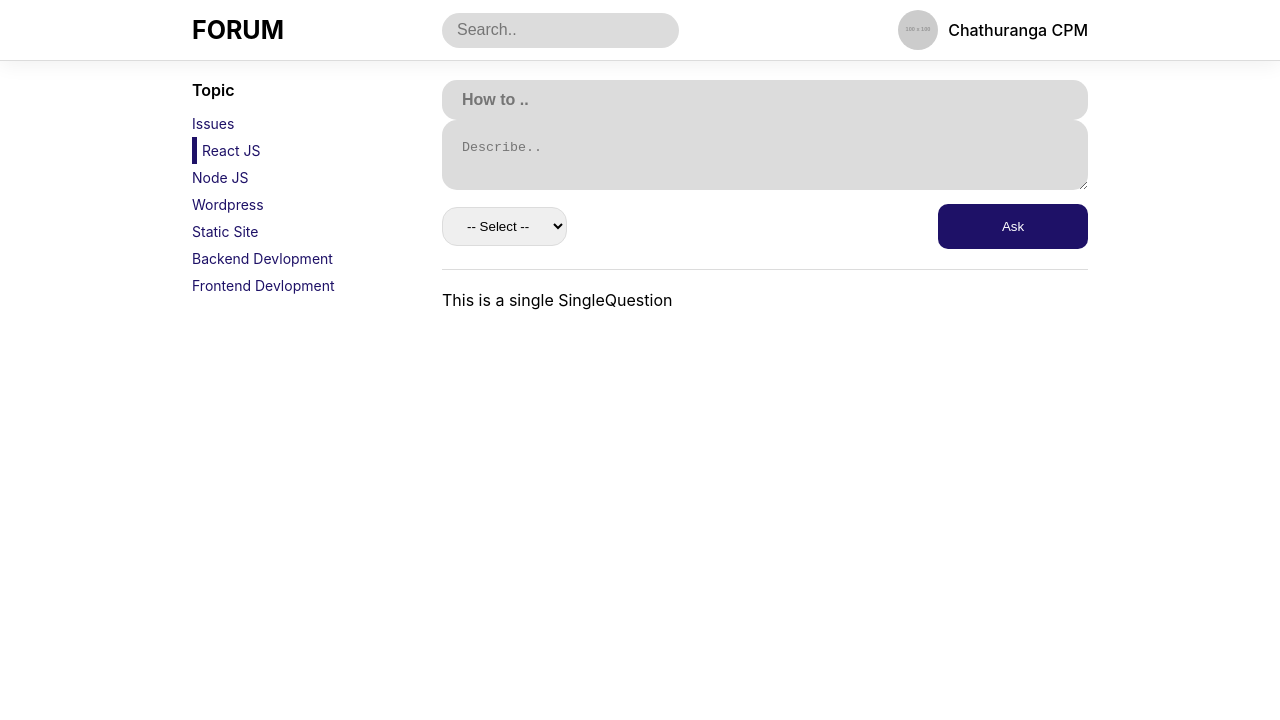
Repository: ChathurangaCPM/developer-forum
Page: / (app in client/)
An editor plug-in stored every save of this project. The page is shown before and after the next save, followed by the edit.
The browser window is 1280 px wide. The pictures show the whole page.
The project was rebuilt for these pictures with package versions that can differ from the ones it lists, and the page was loaded fresh each time.

Above is the page before, as saved 2022-05-09 21:57:36.

### client/public/index.html
<!DOCTYPE html>
<html lang="en">
  <head>
    <meta charset="utf-8" />
    <link rel="icon" href="%PUBLIC_URL%/favicon.ico" />
    <meta name="viewport" content="width=device-width, initial-scale=1" />
    <meta name="theme-color" content="#000000" />
    <meta
      name="description"
      content="Web site created using create-react-app"
    />
    <link rel="apple-touch-icon" href="%PUBLIC_URL%/logo192.png" />
    <link rel="manifest" href="%PUBLIC_URL%/manifest.json" />

    <title>React App</title>
  </head>
  <body>
    <noscript>You need to enable JavaScript to run this app.</noscript>
    <div id="root"></div>

  </body>
</html>

### client/src/App.js
import MainHeader from "./components/MainHeader/MainHeader";
import SideBar from "./components/SideBar/SideBar";
import './App.min.css';
import AddQuestion from "./components/AddQuestion/AddQuestion";
import SingleQuestion from "./components/SingleQuestion/SingleQuestion";

function App() {
	return (
		<div className="main_wrapper">
			<MainHeader/>
			<div className="wrap_inner_data">
				<div className="side_bar">
					<SideBar/>
				</div>
				<div className="main_content_area">
					<AddQuestion/>

					{/* Load dynamically */}
					<SingleQuestion/>
				</div>
			</div>
		</div>
	);
}

export default App;

### client/src/components/MainHeader/MainHeader.js
import React from 'react';
import { Link } from 'react-router-dom';
import '../../scss/componets/MainHeader/MainHeader.min.css';

function MainHeader() {
	return (
		<div className="main_header">
			<div className="wrap_middle">

				<div className="main_logo">
					<span>FORUM</span>
				</div>


				<div className="search_form">
					<form method="">
						<input type="search" placeholder="Search.."/>
					</form>
				</div>

				<div className="user_pro">
					<img src="//dummyimage.com/100x100/000/fff"/>
					<span>Chathuranga CPM</span>
				</div>
			</div>
		</div>
	);
}

export default MainHeader;

### client/src/components/SideBar/SideBar.js
import '../../scss/componets/SideBar/SideBar.min.css';

function SideBar() {
	return (
		<div className="main_sidebar_wrapper">
			<div className="menu_area">
				<span className="title">Topic</span>
                <ul>
                    <li>Issues</li>
                    <li className="active">React JS</li>
                    <li>Node JS</li>
                    <li>Wordpress</li>
                    <li>Static Site</li>
                    <li>Backend Devlopment</li>
                    <li>Frontend Devlopment</li>
                </ul>
            </div>
		</div>
	);
}

export default SideBar;

### client/src/App.min.css
:root{--primary-color: rgb(30, 17, 103);--secondary-color: #ddd;--border-color: #dcdcdc}.main_wrapper{padding-top:80px}.main_wrapper .wrap_inner_data{display:-webkit-box;display:-ms-flexbox;display:flex;-ms-flex-wrap:wrap;flex-wrap:wrap;max-width:70%;margin:0 auto}.main_wrapper .wrap_inner_data .side_bar{width:250px}.main_wrapper .wrap_inner_data .main_content_area{width:calc(100% - 250px)}img{width:100%}

### client/src/components/AddQuestion/AddQuestion.js
import '../../scss/componets/AddQuestion/AddQuestion.min.css';

function AddQuestion() {
	return (
		<div className="addquestion_wrapper">
			<form >
                <input type="text" placeholder="How to .."/>
                <textarea placeholder="Describe.."></textarea>
                <div className="selrct_cat">
                    <select>
                        <option>-- Select --</option>
                        <option value="reactjs">React Js</option>
                        <option value="reactjs">Node Js</option>
                    </select>
                    <button type="submit">Ask</button>
                </div>
            </form>
		</div>
	);
}

export default AddQuestion;

### client/src/components/SingleQuestion/SingleQuestion.js

function SingleQuestion() {
	return (
		<div className="single_question_wrapper">
			This is a single SingleQuestion
		</div>
	);
}

export default SingleQuestion;

### client/src/scss/componets/MainHeader/MainHeader.min.css
.main_header{padding:10px 0;border-bottom:1px solid var(--border-color);-webkit-box-shadow:0px 4px 20px 0px rgba(0,0,0,0.06);box-shadow:0px 4px 20px 0px rgba(0,0,0,0.06);position:fixed;top:0;width:100%;z-index:10px;background:#fff}.main_header .wrap_middle{max-width:70%;margin:0 auto;display:-webkit-box;display:-ms-flexbox;display:flex;-webkit-box-align:center;-ms-flex-align:center;align-items:center}.main_header .wrap_middle .main_logo{width:250px}.main_header .wrap_middle .main_logo span{font-size:25px;font-weight:bold;text-transform:uppercase}.main_header .wrap_middle .search_form{width:calc(100% - 500px)}.main_header .wrap_middle .search_form input{border:none;font-size:16px;line-height:16px;height:35px;border-radius:20px;outline:none;background:var(--border-color);padding:0 15px}.main_header .wrap_middle .user_pro{width:250px;display:-webkit-box;display:-ms-flexbox;display:flex;-webkit-box-align:center;-ms-flex-align:center;align-items:center;-webkit-box-pack:end;-ms-flex-pack:end;justify-content:flex-end}.main_header .wrap_middle .user_pro img{width:40px;height:40px;border-radius:100%;overflow:hidden}.main_header .wrap_middle .user_pro span{padding-left:10px;font-weight:500}

### client/src/scss/componets/SideBar/SideBar.min.css
.main_sidebar_wrapper .menu_area span.title{font-weight:600;display:block;margin-bottom:10px}.main_sidebar_wrapper .menu_area ul{padding:0;list-style:none;margin:0}.main_sidebar_wrapper .menu_area ul li{color:var(--primary-color);padding:5px 0;font-size:14px;-webkit-transition:all 0.3s ease-in-out;transition:all 0.3s ease-in-out;border-left-width:0}.main_sidebar_wrapper .menu_area ul li:hover,.main_sidebar_wrapper .menu_area ul li.active{border-left:5px solid var(--primary-color);padding-left:5px;-webkit-transition:all 0.3s ease-in-out;transition:all 0.3s ease-in-out;cursor:pointer}

### client/src/scss/componets/AddQuestion/AddQuestion.min.css
.addquestion_wrapper{margin-bottom:20px;padding-bottom:20px;border-bottom:1px solid var(--border-color)}.addquestion_wrapper form{width:100%}.addquestion_wrapper form .error_msg{font-size:12px;color:#ff0000}.addquestion_wrapper form .wrap_input{margin-bottom:20px}.addquestion_wrapper form input{height:40px;font-size:16px;font-weight:bold;padding:0 20px;border:none;background:var(--border-color);border-radius:15px;width:calc(100% - 40px)}.addquestion_wrapper form textarea{width:calc(100% - 40px);border:none;background:var(--border-color);padding:20px;outline:none;border-radius:15px;max-width:calc(100% - 40px);min-width:calc(100% - 40px)}.addquestion_wrapper form .selrct_cat{display:-webkit-box;display:-ms-flexbox;display:flex;-webkit-box-align:center;-ms-flex-align:center;align-items:center;-webkit-box-pack:justify;-ms-flex-pack:justify;justify-content:space-between;padding-top:10px}.addquestion_wrapper form .selrct_cat select{border:1px solid var(--border-color);padding:10px 20px;border-radius:15px}.addquestion_wrapper form .selrct_cat button{width:150px;background:var(--primary-color);border:none;padding:15px;color:#fff;border-radius:10px}

Loaded but not shown: client/src/index.js (common file); client/src/index.css (common file); client/src/reportWebVitals.js (common file)

After the next save:
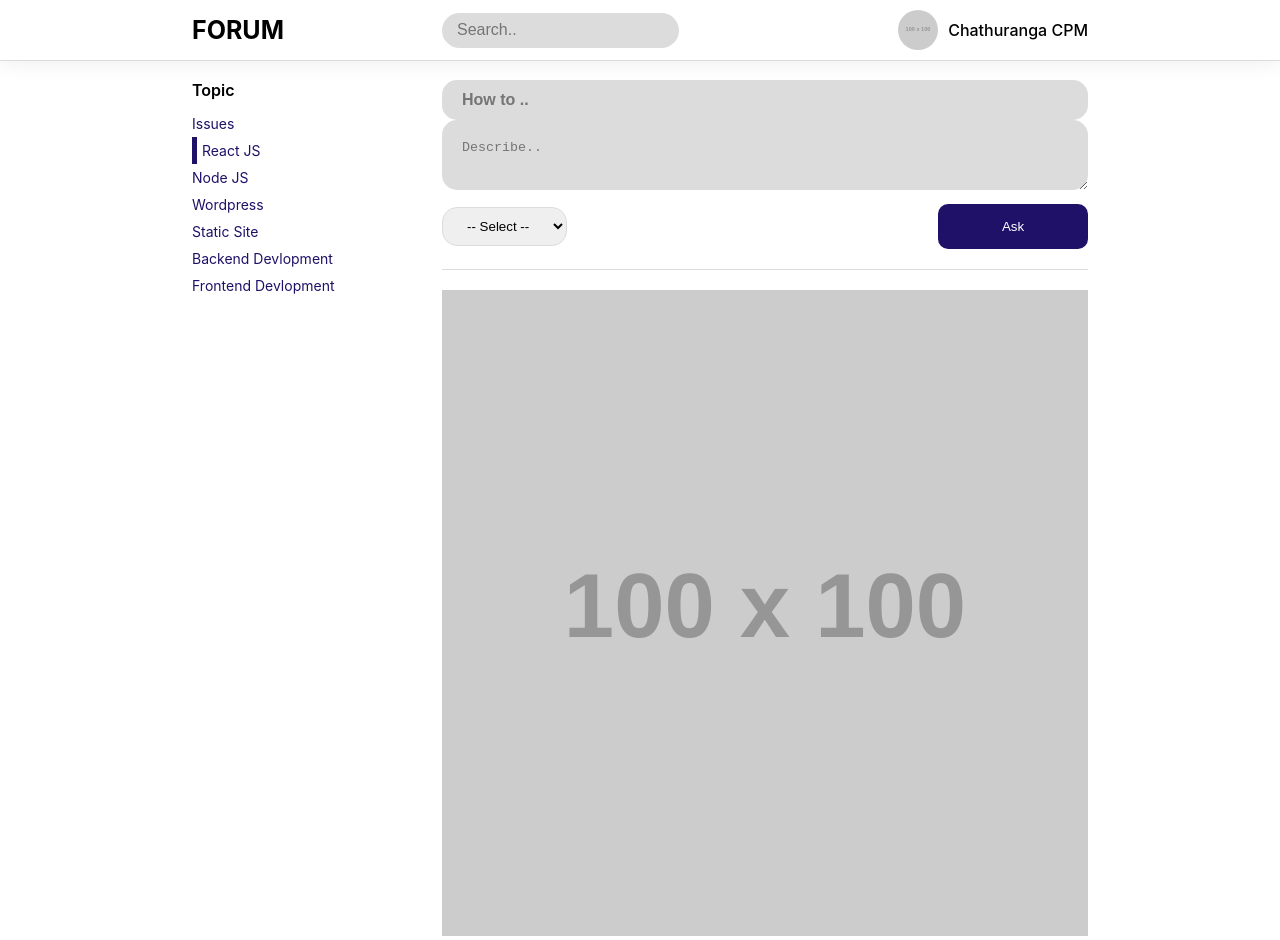
Saved 112 s later.
--- a/client/src/components/SingleQuestion/SingleQuestion.js
+++ b/client/src/components/SingleQuestion/SingleQuestion.js
@@ -2,7 +2,13 @@
 function SingleQuestion() {
 	return (
 		<div className="single_question_wrapper">
-			This is a single SingleQuestion
+			<div className="header_wrap">
+                <div className="profile">
+                    <div className="pro_img">
+                        <img src="http://dummyimage.com/100x100/000/fff"/>
+                    </div>
+                </div>
+            </div>
 		</div>
 	);
 }
